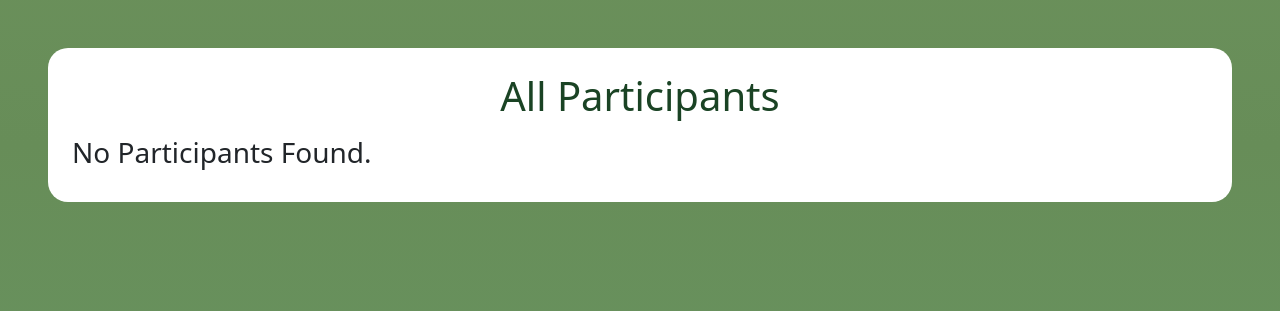
Repository: ronetteguevara/CalTech-ZumbaApp
Page: http://localhost/ZumbaApp/ViewParticipants.jsp
An editor plug-in stored every save of this project. The page is shown before and after the next save, followed by the edit.
The browser window is 1280 px wide. The pictures show the whole page.
The page is served by Tomcat 10. Queries for data that is not in the repository find no rows.

Above is the page before, as saved 2024-05-03 02:38:46.

After the next save:
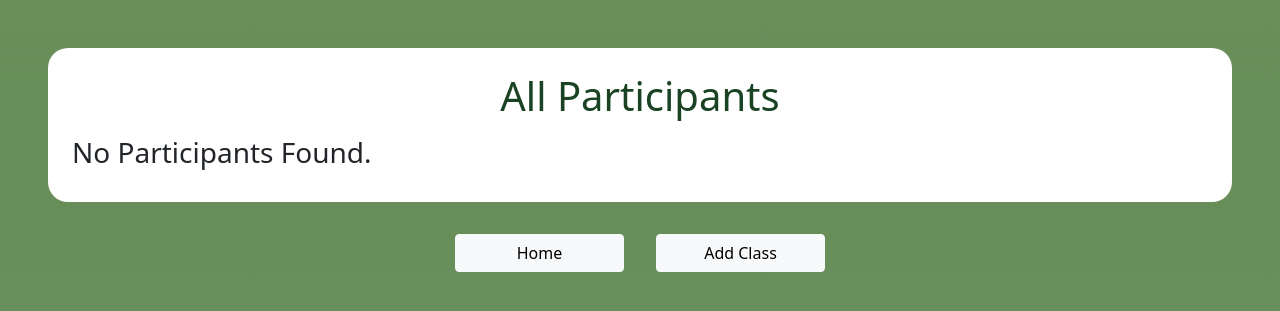
Saved 4 min 18 s later.
--- a/ZumbaApp/ZumbaApp/src/main/webapp/ViewParticipants.jsp
+++ b/ZumbaApp/ZumbaApp/src/main/webapp/ViewParticipants.jsp
@@ -18,16 +18,19 @@
             db.closeConnection();
 
             if (zumbaParticipants != null && zumbaParticipants.size() > 0) {
-                out.print("<table border='1'>");
+                out.print("<table class='table table-hover'>");
+                out.print("<thead>");
                 out.print("<tr>");
-                out.print("<th>ID</th>");
-                out.print("<th>First Name</th>");
-                out.print("<th>Last Name</th>");
-                out.print("<th>Email</th>");
-                out.print("<th>Phone Number</th>");
-                out.print("<th>Zumba Class</th>");
-                out.print("<th>Actions</th>");
+                out.print("<th scope='col'>ID</th>");
+                out.print("<th scope='col'>First Name</th>");
+                out.print("<th scope='col'>Last Name</th>");
+                out.print("<th scope='col'>Email</th>");
+                out.print("<th scope='col'>Phone Number</th>");
+                out.print("<th scope='col'>Zumba Class</th>");
+                out.print("<th scope='col'>Actions</th>");
                 out.print("</tr>");
+                out.print("</thead>");
+                out.print("<tbody>");
 
                 for (Participant participant : zumbaParticipants) {
                     out.print("<tr>");
@@ -40,11 +43,19 @@
                     out.print("<td><a href='DeleteParticipants?id=" + participant.id + "'>Delete</a> | <a href='EditParticipant.jsp?id=" + participant.id + "'>Edit</a></td>");
                     out.print("</tr>");
                 }
+                out.print("</tbody>");
                 out.print("</table>");
             } else {
                 out.print("<h3>No Participants Found.</h3>");
             }
+
+            out.print("</div>");
+            out.print("</div>");
         %>
-    </center>
+        <div class="container-fluid center d-flex justify-content-center col-xl-12 col-lg-12 col-md-12 col-sm-12 col-12"">
+		<a class="w-25 btn btn-primary btn-light mt-2 mb-5 mx-3" href="Home.jsp">Home</a>
+		<a class="w-25 btn btn-primary btn-light mt-2 mb-5 mx-3" href="add-class.html">Add Class</a>
+		</div>
+
 </body>
 </html>
